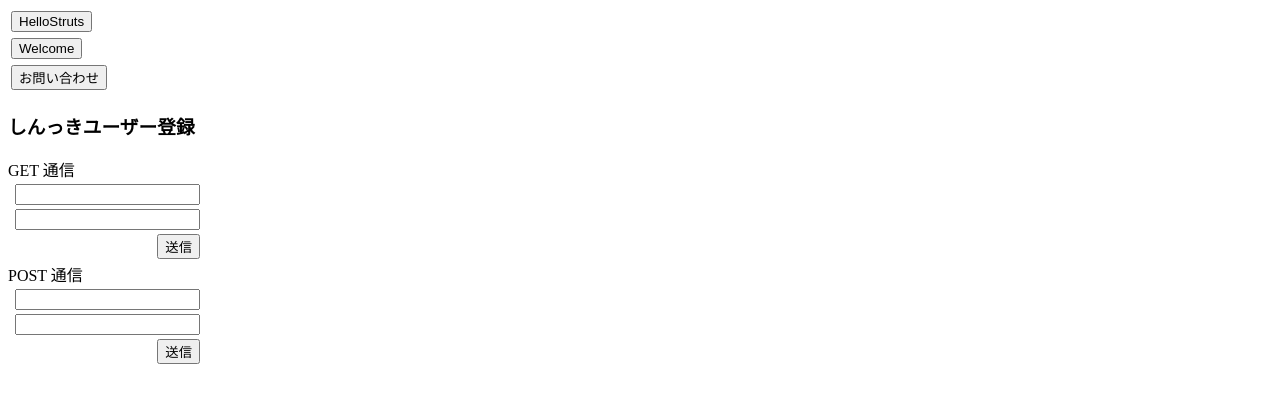
Repository: 8luemitsuho/test
Page: http://localhost/WebProj5/
An editor plug-in stored every save of this project. The page is shown before and after the next save, followed by the edit.
The browser window is 1280 px wide. The pictures show the whole page.
The page is served by Tomcat 9. Other server files are loaded and not shown.

Above is the page before, as saved 2019-08-08 10:04:30.

### WebProj5/WebContent/index.jsp
<%@ page language="java" contentType="text/html; charset=UTF-8" pageEncoding="UTF-8"%>
<%@ taglib prefix="s" uri="/struts-tags" %>
<!DOCTYPE html>
<html>
<head>
	<meta charset="utf-8">
	<title>INDEX</title>
</head>
<body>
	<s:form action="HelloStrutsAction">
		<s:submit value="HelloStruts"/>
	</s:form>

	<s:form action="WelcomeAction">
		<s:submit value="Welcome"/>
	</s:form>

	<s:form action="InquiryAction">
		<s:submit value="お問い合わせ"/>
	</s:form>

	<h3>しんっきユーザー登録</h3>
	GET 通信
	<s:form method="get" action="TestAction">
		<s:textfield name="username"/>
		<s:password name="password"/>
		<s:submit value="送信"/>
	</s:form>
	POST 通信
	<s:form method="post" action="TestAction">
		<s:textfield name="username"/>
		<s:password name="password"/>
		<s:submit value="送信"/>
	</s:form>
</body>
</html>

After the next save:
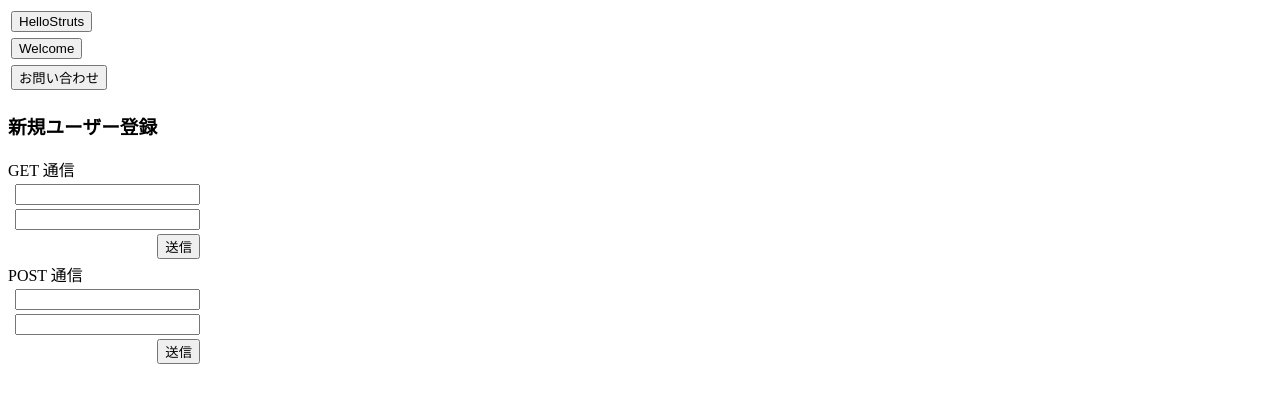
Saved 9 s later.
--- a/WebProj5/WebContent/index.jsp
+++ b/WebProj5/WebContent/index.jsp
@@ -19,7 +19,7 @@
 		<s:submit value="お問い合わせ"/>
 	</s:form>
 
-	<h3>しんっきユーザー登録</h3>
+	<h3>新規ユーザー登録</h3>
 	GET 通信
 	<s:form method="get" action="TestAction">
 		<s:textfield name="username"/>
